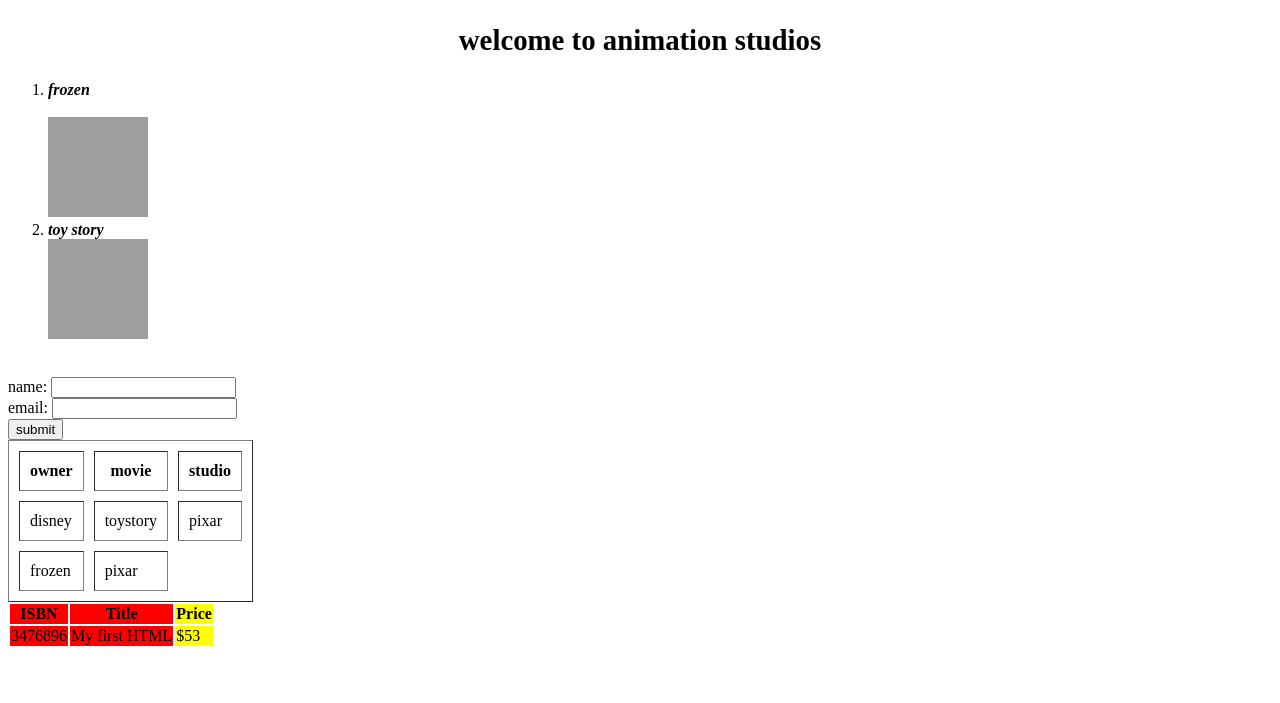
Repository: Rock-ass/New-folder--2-
Page: index.html
These files come from the project's save history. The page is drawn as it stood at one moment and after the next save; the edit follows.
The browser window is 1280 px wide. The pictures show the whole page.
Pictures or frames that could not be fetched are drawn as grey boxes.

Above is the page before, as saved 2021-12-24 21:51:00.

After the next save:
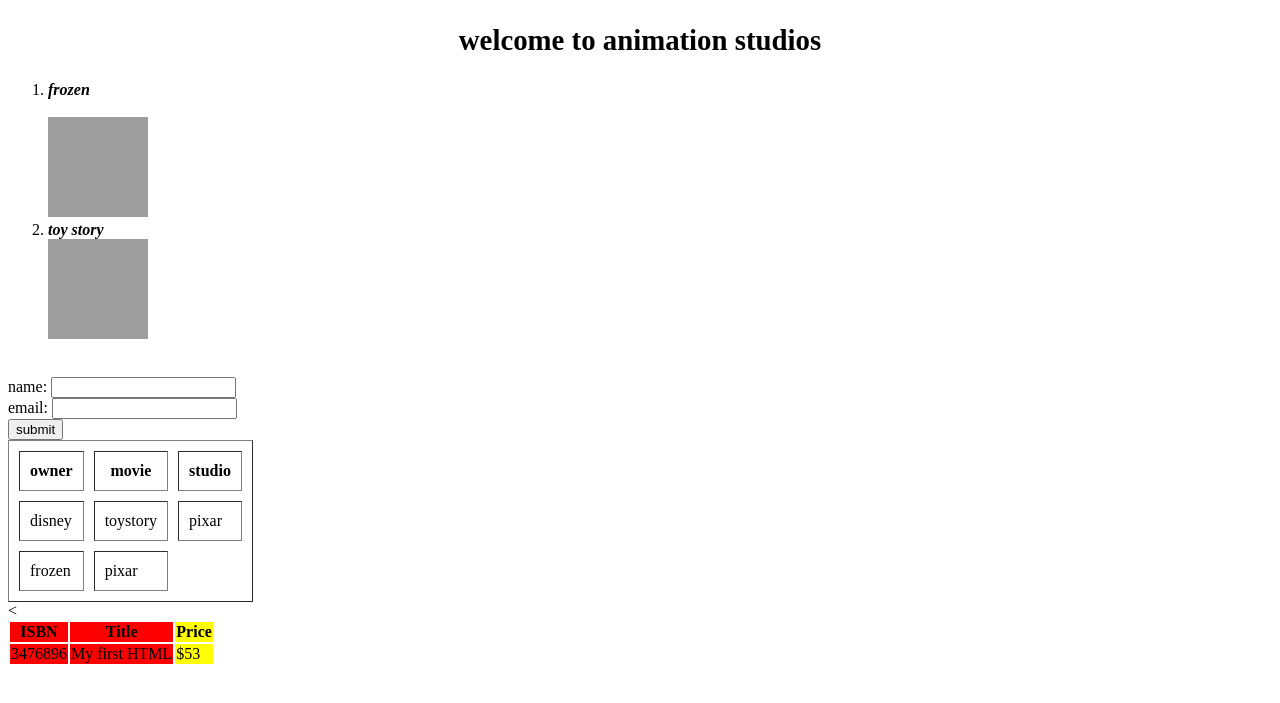
Saved 89 s later.
--- a/index.html
+++ b/index.html
@@ -104,7 +104,7 @@
 
 
 </table>
-<table>
+<<table>
     <colgroup>
       <col span="2" style="background-color:red">
       <col style="background-color:yellow">

After the 2 saves that followed:
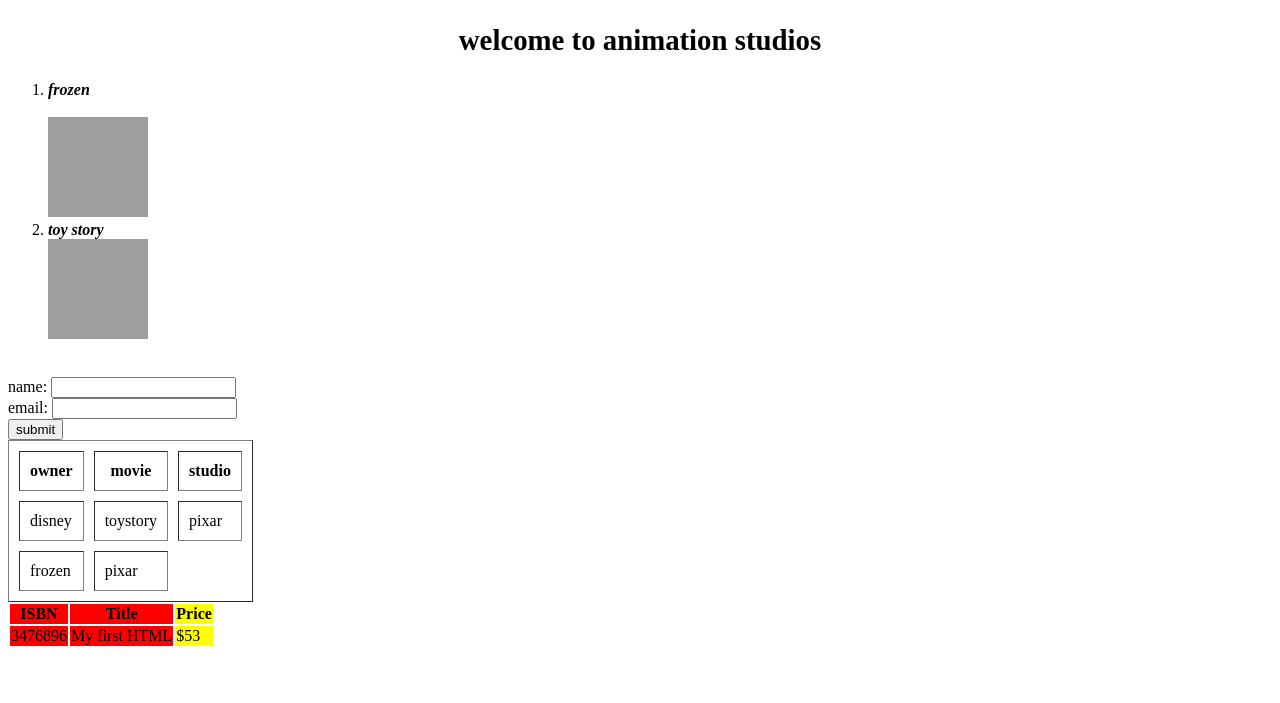
The 2 saves are shown as one change because they came seconds apart.
The last was saved 6 s later.
--- a/index.html
+++ b/index.html
@@ -104,7 +104,7 @@
 
 
 </table>
-<<table>
+<table>
     <colgroup>
       <col span="2" style="background-color:red">
       <col style="background-color:yellow">
